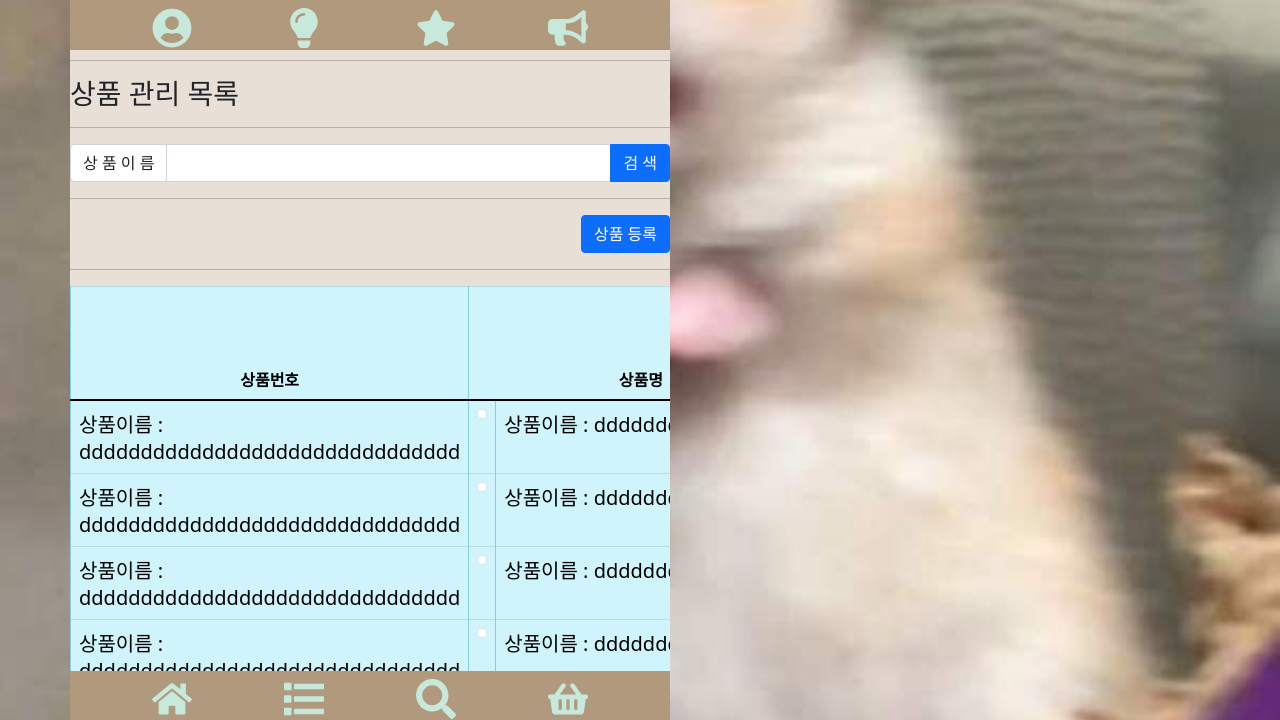
Repository: heegyu97/project
Page: http://localhost/0801_mvc2/WEB-INF/views/seller/productList.jsp
An editor plug-in stored every save of this project. The page is shown before and after the next save, followed by the edit.
The browser window is 1280 px wide. The pictures show the whole page.
An inner scrolling area shows only its first screen. Some web libraries are served in a nearby version. The page is served by Tomcat 9. Nobody is signed in. The template is opened directly, without the code that normally fills it, so the values that code supplies are empty.

Above is the page before, as saved 2022-08-11 08:31:01.

After the next save:
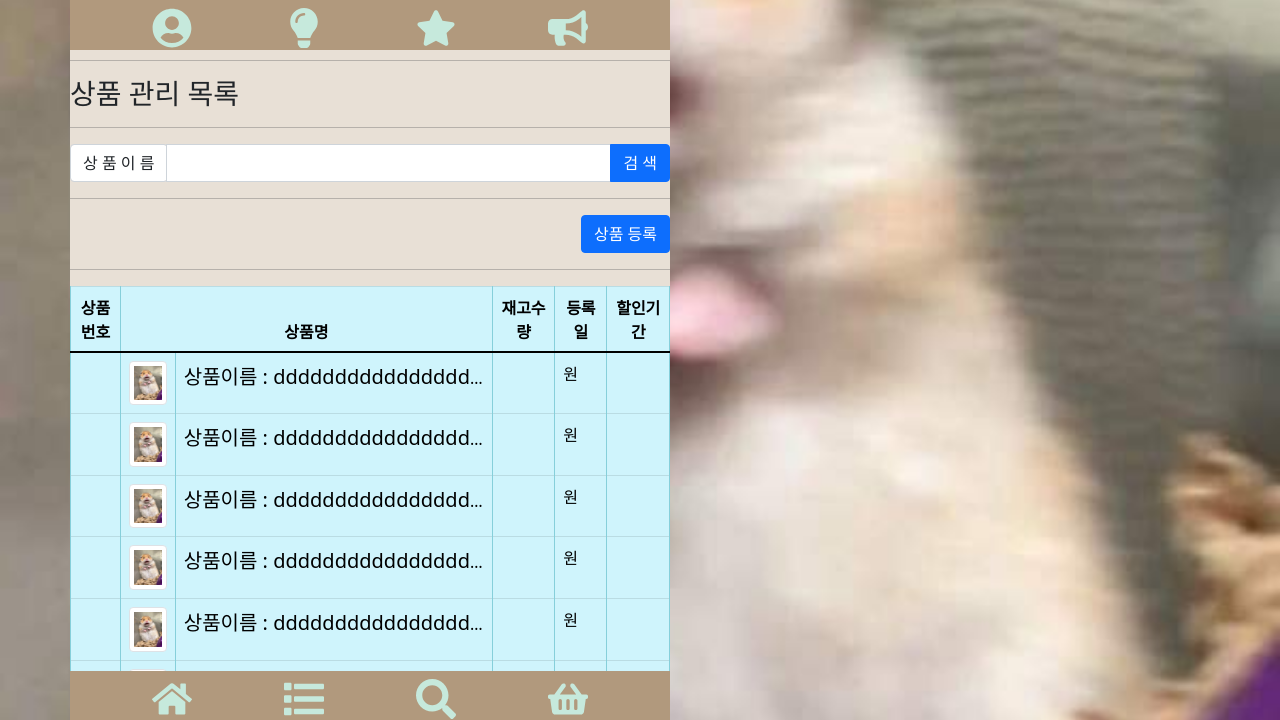
Saved 19 s later.
--- a/0801_mvc2/src/main/webapp/WEB-INF/views/seller/productList.jsp
+++ b/0801_mvc2/src/main/webapp/WEB-INF/views/seller/productList.jsp
@@ -67,7 +67,6 @@
 
 						<td><%-- 상품번호 --%>
 							<a href="${pageContext.request.contextPath}/guest/detail" style="font-size: 20px">
-									상품이름 : ddddddddddddddddddddddddddddddd
 							</a>
 						</td>
 						<td ><%-- 썸네일 ${dto.thumbnail_path} --%>
